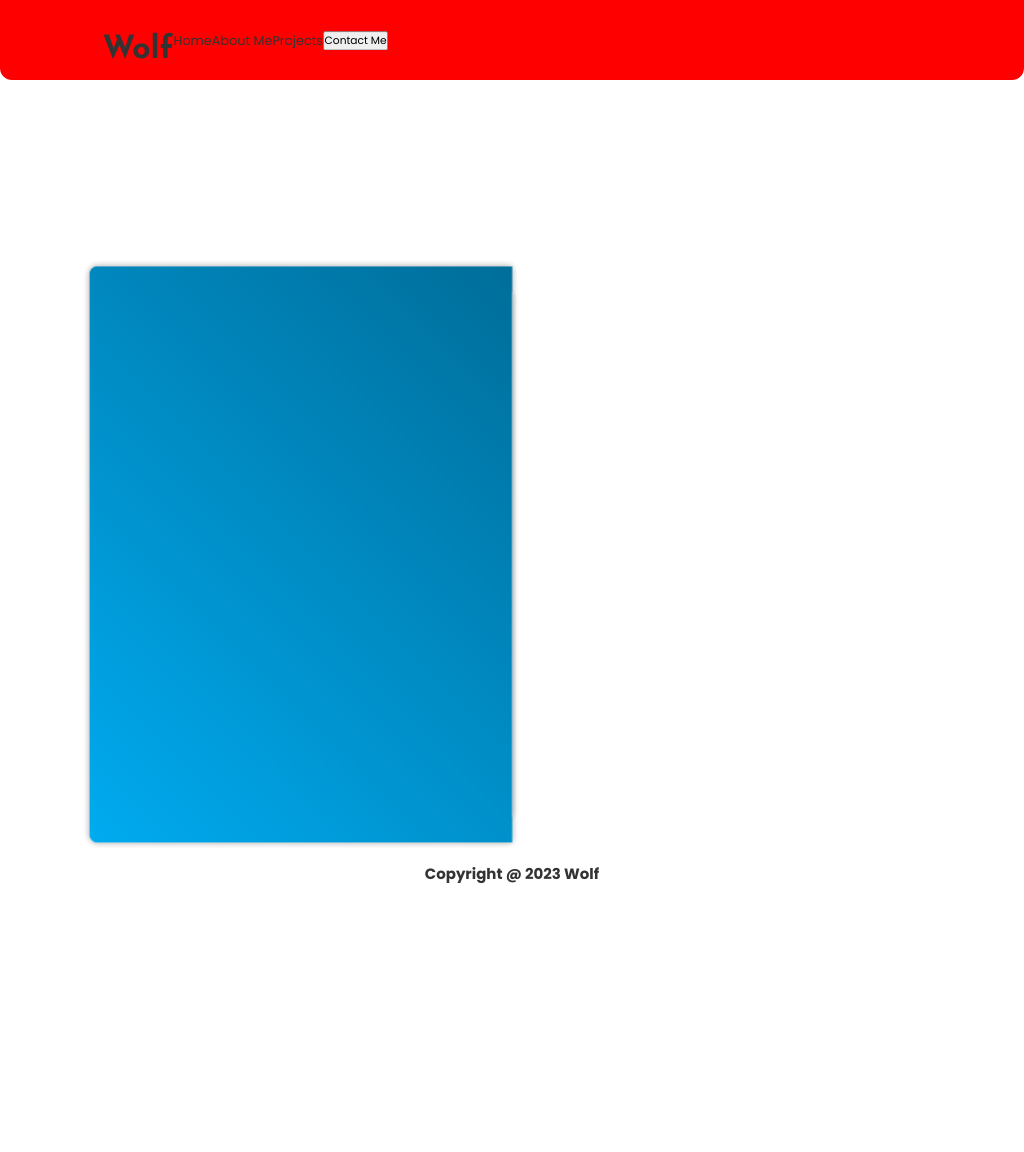
Repository: Ego-Wolf/Portfolio
Page: index.html
These files come from the project's save history. The page is drawn as it stood at one moment and after a run of saves; the edit follows.
The browser window is 1280 px wide. The pictures show the whole page, at 80% of full size.
Pictures or frames that could not be fetched are drawn as grey boxes.

Above is the page before, as saved 2023-12-14 16:16:58.

After the next 2 saves:
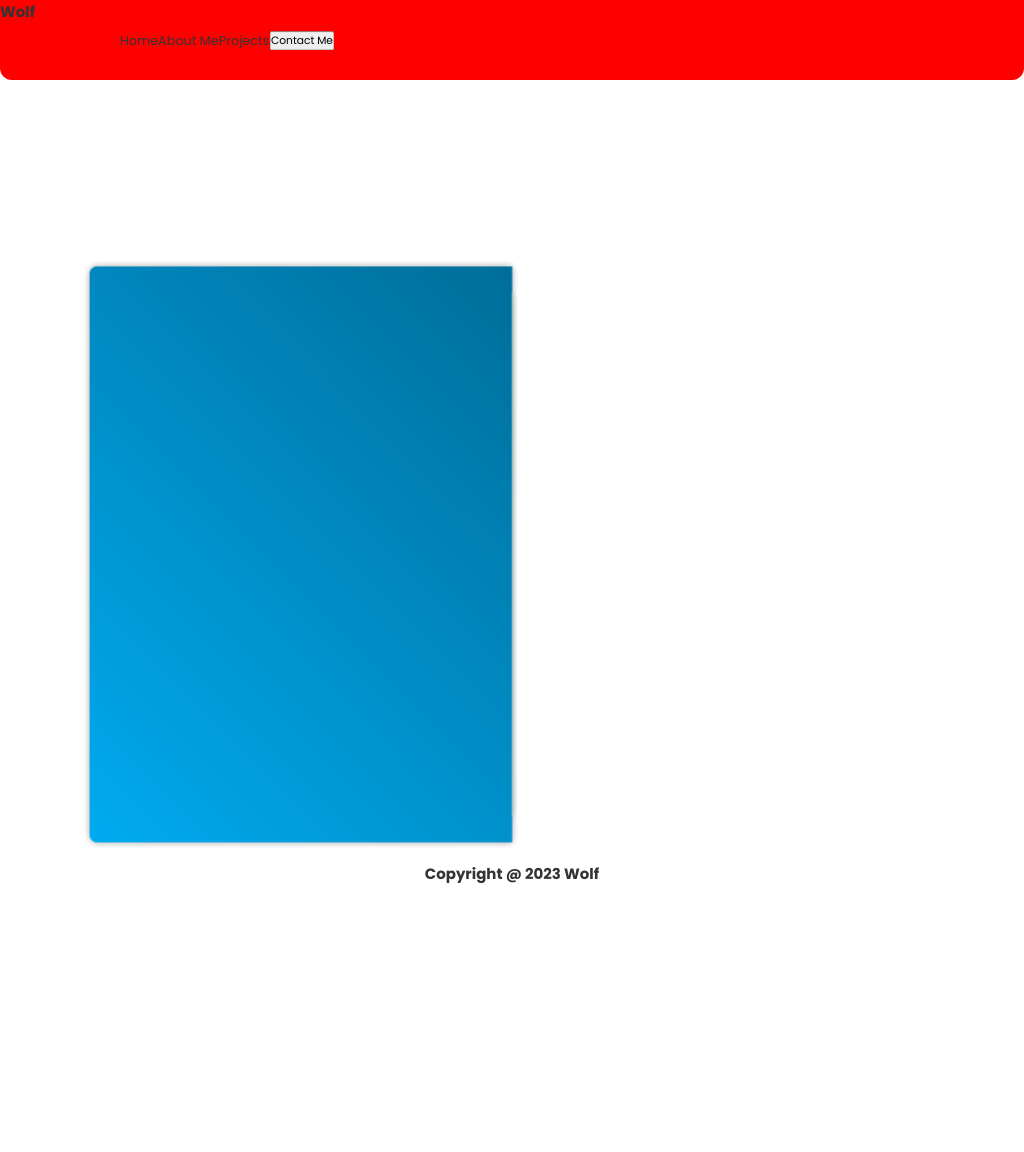
The 2 saves are shown as one change because they came seconds apart.
The last was saved 31 s later.
--- a/index.html
+++ b/index.html
@@ -17,9 +17,10 @@
     <div class="section">
         <!-- Header -->
         <div class="header">
+            <h3>Wolf</h3>
             <ul>
                 <span>
-                    <img src="" alt=""><h3>Wolf</h3>
+                    <img src="" alt="">
                 </span>
                 <li>Home</li>
                 <li>About Me</li>
